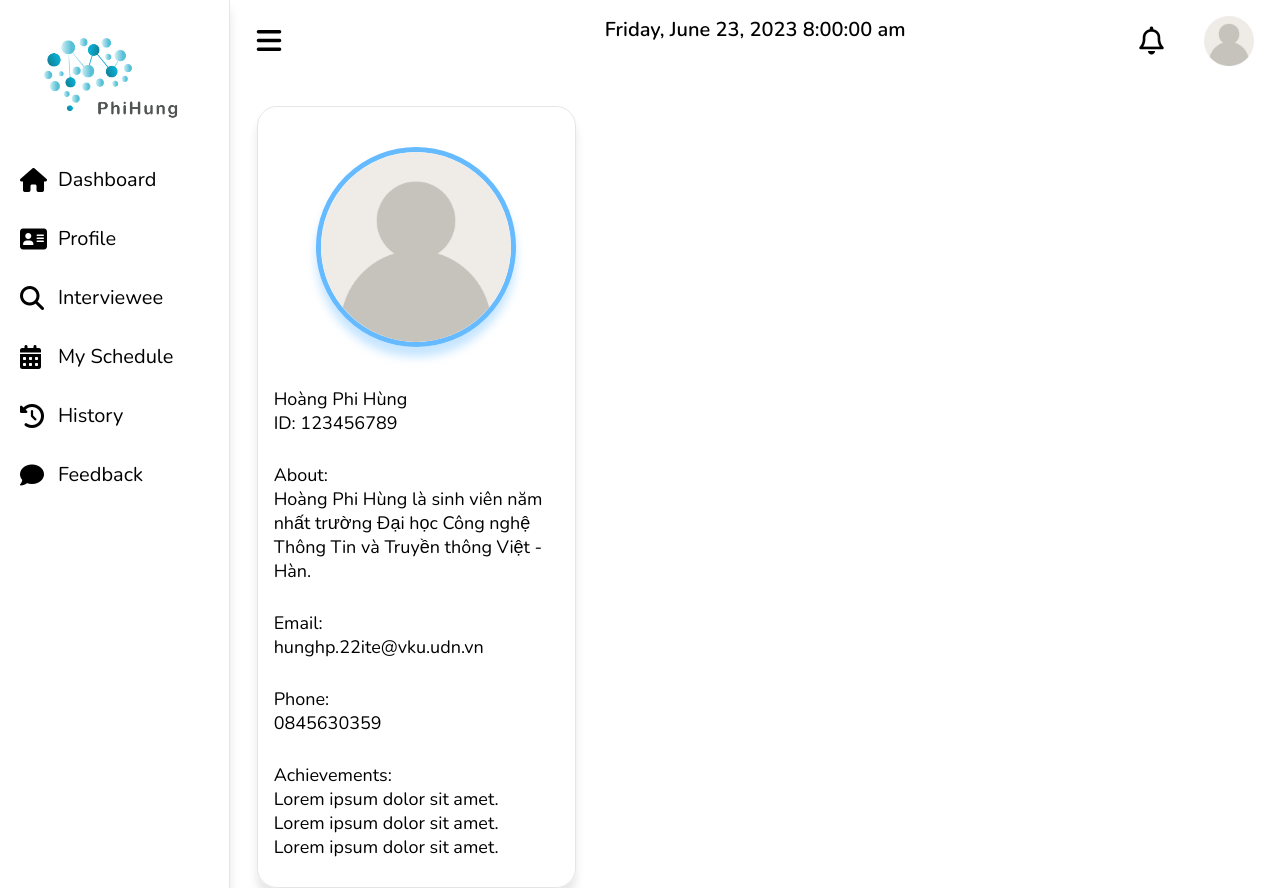
Repository: hphihungit/InterviewService
Page: interviewee.html
The author's editor kept a copy of each file at every save. The page is drawn from the files as they stood at one save, then again after the next save.
The browser window is 1280 px wide. The pictures show the whole page.

Above is the page before, as saved 2023-06-01 00:19:05.

After the next save:
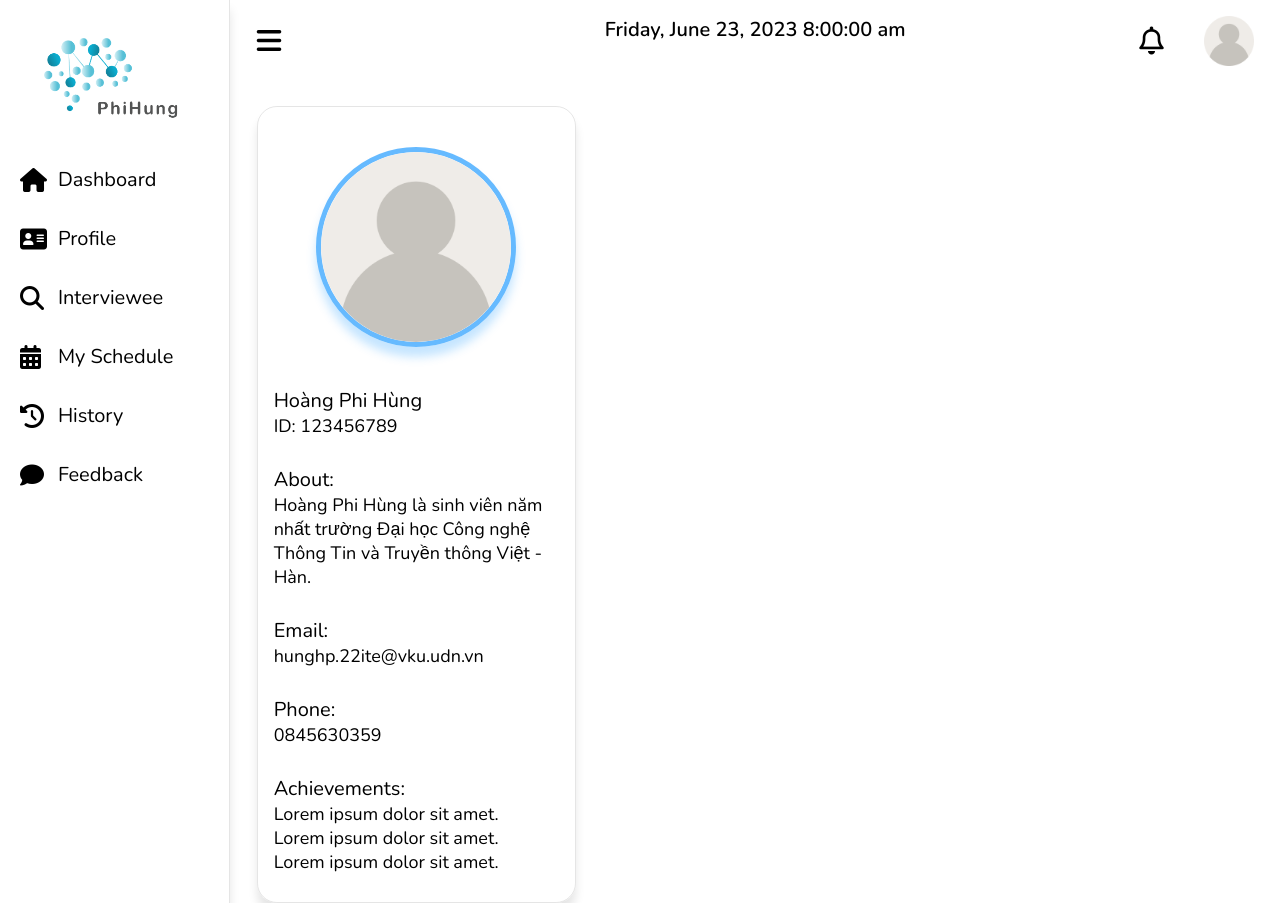
Saved 33 s later.
--- a/assets/css/interviewee.css
+++ b/assets/css/interviewee.css
@@ -153,4 +153,9 @@
 }
 
 .cv__name--interviewee,
-.cv__about--title
+.cv__about--title,
+.cv__email--title,
+.cv__phone--title,
+.cv__info--title {
+    font-size: 20px;
+}
